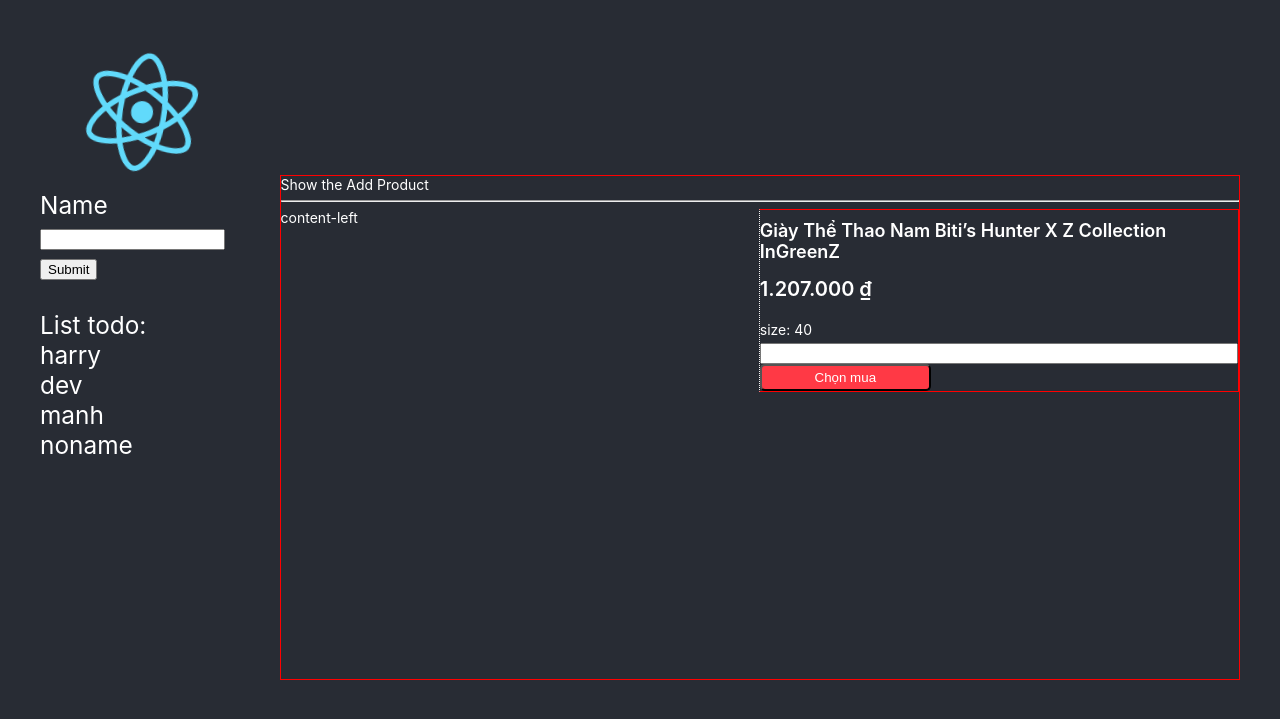
Repository: minh66hn/base-react-hook
Page: /
The author's editor kept a copy of each file at every save. The page is drawn from the files as they stood at one save, then again after a run of saves.
The browser window is 1280 px wide. The pictures show the whole page.
The project was rebuilt for these pictures with package versions that can differ from the ones it lists, and the page was loaded fresh each time.

Above is the page before, as saved 2022-05-01 17:15:54.

### src/App.js
import React from "react";

import logo from "./logo.svg";
import "./App.scss";
import Home from "./components/Home";
import AddNewProduct from "./components/AddNewProduct";
import Product from "./components/Products/Product";

function App() {
  return (
    <div className="App">
      <header className="App-header content-left">
        <img src={logo} className="App-logo" alt="logo" />
        <Home></Home>
      </header>
      <div className="content-right">
        <AddNewProduct />
        <hr />
        <Product />
      </div>
    </div>
  );
}

export default App;

### src/App.scss
.App {
  padding: 40px;
  background-color: #282c34;
  height: calc(100vh - 80px);
  font-size:14px;
  display: flex;

  .content-left{
    width:20%;
  }


  .content-right{
    /* border: 1px solid red; */
    width: 80%;
    margin-top:135px;
    color: white;
    border :1px solid red
  }

}

.App-logo {
  height: 20vmin;
  pointer-events: none;
}

@media (prefers-reduced-motion: no-preference) {
  .App-logo {
    animation: App-logo-spin infinite 20s linear;
  }
}

@keyframes App-logo-spin {
  from {
    transform: rotate(0deg);
  }
  to {
    transform: rotate(360deg);
  }
}
.App-header {
  /* min-height: 100vh; */
  /* display: flex;
  flex-direction: column; */
  /* align-items: center;
  justify-content: center; */
  font-size: calc(10px + 2vmin);
  color: white;
  /* border: 1px solid green; */
  width: 50%;
}

.input-product input{
  width:50%;
  height:24px;
  outline: none;
  border-radius: 10px;
}
.input-product{
  margin-bottom: 10px;
  display:flex;
  flex-direction: column;
  gap:5px;
}
button{
  cursor: pointer;
}
.App-link {
  color: #61dafb;
}

/* img {
  display: block;
  max-width: 100%;
}
.youtube-list {
  display: grid;
  grid-template-columns: repeat(4, 2fr);
  grid-gap: 25px;
  padding: 25px;
}
.youtube-image {
  height: 250px;
  margin-bottom: 15px;
}
.youtube-image img {
  width: 100%;
  height: 100%;
  object-fit: cover;
}
.youtube-footer {
  display: flex;
  align-items: flex-start;
  gap: 0 20px;
}
.youtube-avatar {
  width: 50px;
  height: 50px;
  border-radius: 100rem;
  object-fit: cover;
  flex-shrink: 0;
}
.youtube-title {
  font-size: 18px;
  margin-bottom: 10px;
}
.youtube-author {
  font-size: 14px;
  color: #999;
  font-weight: 300;
} */

### src/components/Home.js
import React from "react";
import { useState } from "react";
import AddTodo from "./AddTodo";
import DisplayListTodo from "./DisplayListTodo";
const Home = () => {
  const [todo, setTodo] = useState("");
  const randomIntFromInterval = (min, max) => {
    // min and max included
    return Math.floor(Math.random() * (max - min + 1) + min);
  };

  const [listTodo, setListTodo] = useState([
    { id: 1, name: "harry" },
    { id: 2, name: "dev" },
    { id: 3, name: "manh" },
    { id: 4, name: "noname" },
  ]);
  const handleDeleteBtn = (id) => {
    alert(`you deleted item by id:${id}`);
    let updateListTodo = listTodo.filter((item) => item.id !== id);
    setListTodo(updateListTodo);
  };
  const handleClickbtn = (todo) => {
    const todoItem = {
      id: randomIntFromInterval(5, 999),
      name: todo,
    };
    console.log(listTodo);
    if (!todo) {
      alert("please enter todo");
      return 0;
    }
    //catch1
    // let curentTodo = listTodo;
    // curentTodo.push(todoItem);
    // setListTodo(curentTodo);
    //catch2
    setListTodo([...listTodo, todoItem]);
    setTodo("");
  };

  return (
    <div>
      <AddTodo handleClickbtn={handleClickbtn} todo={todo} setTodo={setTodo} />
      <DisplayListTodo childData={listTodo} handleDeleteBtn={handleDeleteBtn} />
    </div>
  );
};

export default Home;

### src/components/AddNewProduct.js
import React from "react";
import { useState } from "react";

const AddNewProduct = () => {
  const [productName, setProductName] = useState("");
  const [producPrice, setProductPrice] = useState(0);
  const [productSize, setProductSize] = useState(0);
  const [productColor, setProductColor] = useState("");
  const [isShowDetail, setIsShowDetail] = useState(false);

  const handleClickbtn = () => {
    let object = { productName, producPrice, productSize, productColor };
    let ListProducts = localStorage.getItem("ListProducts");
    console.log(ListProducts);
    if (ListProducts) {
      let arr = [JSON.parse(ListProducts)];
      arr.push(object);
      localStorage.setItem("ListProducts", JSON.stringify(arr));
    } else {
      localStorage.setItem("ListProducts", JSON.stringify(object));
    }
    setProductName("");
    setProductPrice(0);
    setProductSize(0);
    setProductColor("");
  };
  const handleIsHide = (currentShow) => {
    let isShow = !currentShow;
    setIsShowDetail(isShow);
  };
  return (
    <div>
      {isShowDetail === true && (
        <fieldset>
          <legend>Add New Product:</legend>
          <div className="input-product">
            <label>Name</label>
            <input
              value={productName}
              type="text"
              onChange={(event) => {
                setProductName(event.target.value);
              }}
            />
          </div>
          <div className="input-product">
            <label>Price</label>
            <input
              value={producPrice}
              type="text"
              onChange={(event) => {
                setProductPrice(event.target.value);
              }}
            />
          </div>
          <div className="input-product">
            <label>Size</label>
            <input
              value={productSize}
              type="number"
              onChange={(event) => {
                setProductSize(event.target.value);
              }}
            />
          </div>
          <div className="input-product">
            <label>Color</label>
            <input
              value={productColor}
              type="text"
              onChange={(event) => {
                setProductColor(event.target.value);
              }}
            />
          </div>
          <div>
            <button type="button" onClick={() => handleClickbtn()}>
              Submit
            </button>
          </div>
        </fieldset>
      )}

      {isShowDetail === true ? (
        <div
          onClick={() => {
            handleIsHide(true);
          }}
        >
          Is Hide Add Product
        </div>
      ) : (
        <div
          onClick={() => {
            handleIsHide(false);
          }}
        >
          Show the Add Product
        </div>
      )}
    </div>
  );
};

export default AddNewProduct;

### src/components/Products/Product.js
import React from "react";
import "../Products/Product.scss";
const Product = () => {
  return (
    <div className="products-container">
      <div className="content-left">content-left</div>
      <div className="content-right">
        <div className="title">
          Giày Thể Thao Nam Biti’s Hunter X Z Collection InGreenZ
        </div>
        <div className="price">1.207.000 ₫</div>
        <div className="size">size: 40</div>
        <div className="action">
          <input type="number" className/>
          <button className="buy">Chọn mua</button>
        </div>
      </div>
    </div>
  );
};

export default Product;

### src/components/AddTodo.js
import React from "react";

const AddTodo = (props) => {
  const { handleClickbtn, todo, setTodo } = props;
  return (
    <div>
      <label>Name</label>
      <input
        type="text"
        value={todo}
        onChange={(event) => {
          console.log("check event:", event);
          setTodo(event.target.value);
        }}
      />
      <button
        type="button"
        onClick={() => {
          handleClickbtn(todo);
        }}
      >
        Submit
      </button>
      <br />
      <br />
    </div>
  );
};

export default AddTodo;

### src/components/DisplayListTodo.js
import React from "react";

const DisplayListTodo = (props) => {
  const listData = props.childData;
  const handleDeleteBtn = (id) => {
    props.handleDeleteBtn(id);
  };
  return (
    <div>
      <div>List todo:</div>
      {listData.map((item) => {
        console.log(item);
        return (
          <div
            key={item.id}
            onClick={() => {
              handleDeleteBtn(item.id);
            }}
          >
            {item.name}
          </div>
        );
      })}
    </div>
  );
};

export default DisplayListTodo;

### src/components/Products/Product.scss
.products-container{
    display:flex;
    flex-direction: row;
.content-right{
    border-left:1px dotted  #f5f5f5;

    margin-top: 0px;
    width:50%;
    .title{
        font-size:18px;
        font-weight: 600;
        text-align: left;
        padding: 10px 0;
    }
    .price{
        font-size: 20px;
        font-weight: 600;
        padding: 5px 0 15px 0;
    }
    .size{
        padding: 5px 0;
    }
    .action{
        display: flex;
        flex-direction: column;
        .buy{
            cursor: pointer;
            height: 27px;
            width: 171px;
            color:#ffffff;
            background-color:#ff3945;
            border-radius: 5px;
        }
        .quantity{
            height: 14px;
            width: 35px;
            border-radius: 3px;
            }
        .buy:hover{
            background-color: #FEFBE7;
            color:#FF6363
        }
    }
}
.content-left{
    width:50%;
    .img-up{
        img{
            width: 80%;
            height: 100%;
            object-fit: cover

        }
    }
    .img-down{
        display: flex;
        gap:10px;

        .img-small{
            img{
                height: 100px;
                width: 100px;
                border-radius: 3px;
                cursor: pointer;
            }

    }

    }

}
}

Loaded but not shown: public/index.html (common file); src/index.js (common file); src/index.css (common file); src/reportWebVitals.js (common file)

After the next 2 saves:
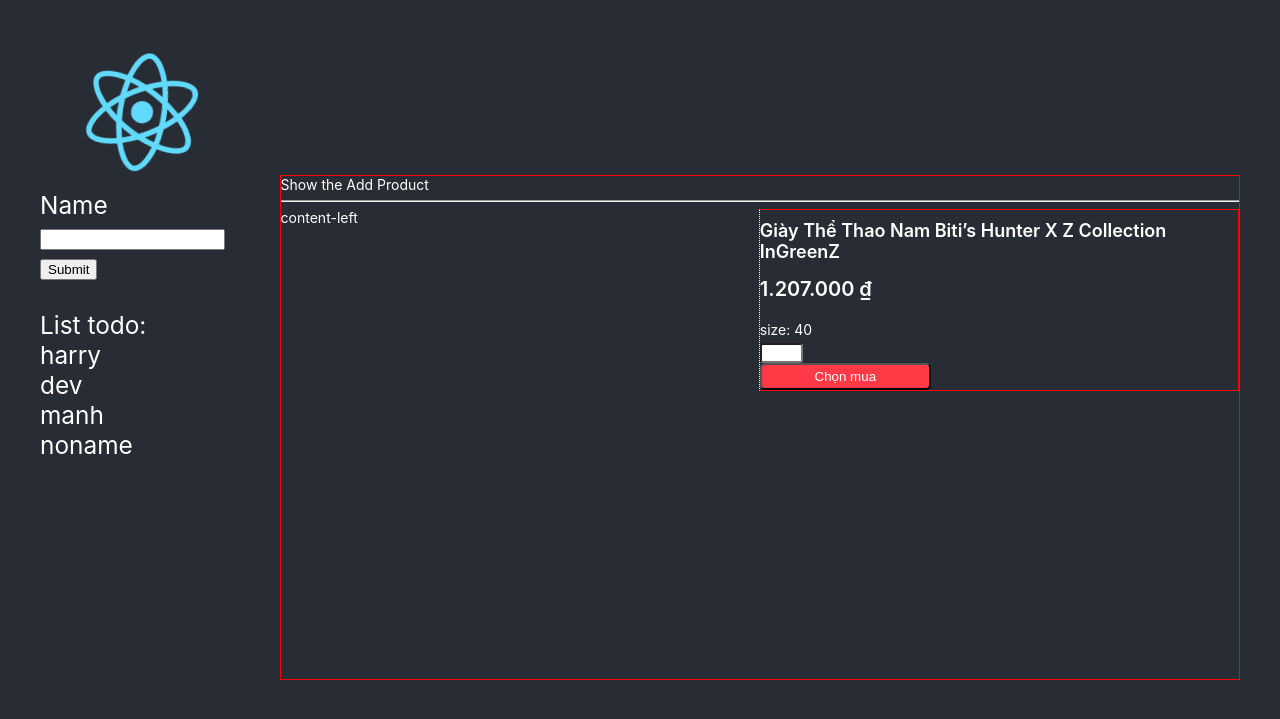
The 2 saves are shown as one change because they came seconds apart.
The last was saved 5 s later.
--- a/src/components/Products/Product.js
+++ b/src/components/Products/Product.js
@@ -11,7 +11,7 @@
         <div className="price">1.207.000 ₫</div>
         <div className="size">size: 40</div>
         <div className="action">
-          <input type="number" className/>
+          <input type="number" className="quantity"/>
           <button className="buy">Chọn mua</button>
         </div>
       </div>
